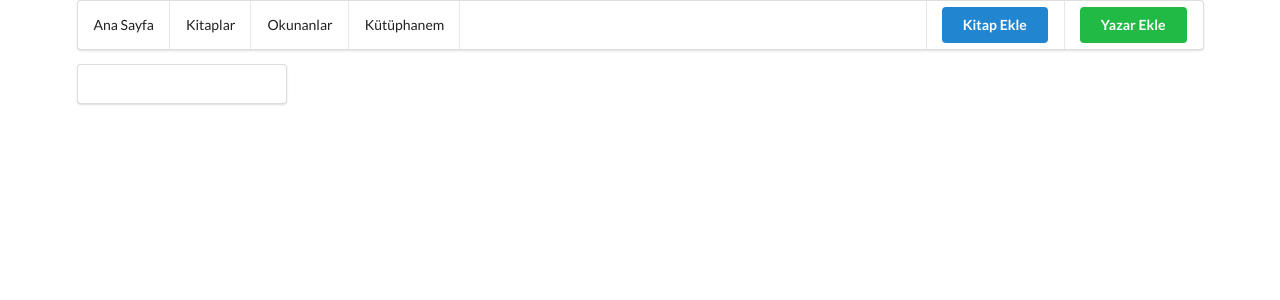
Repository: rizacantire/libraryReactApp
Page: /
These files come from the project's save history. The page is drawn as it stood at one moment and after the next save; the edit follows.
The browser window is 1280 px wide. The pictures show the whole page.
The page's requests for data from a server got no answer. The project was rebuilt for these pictures with package versions that can differ from the ones it lists, and the page was loaded fresh each time. No one was signed in, and anything a server would have sent is missing.

Above is the page before, as saved 2021-08-17 23:12:31.

After the next save:
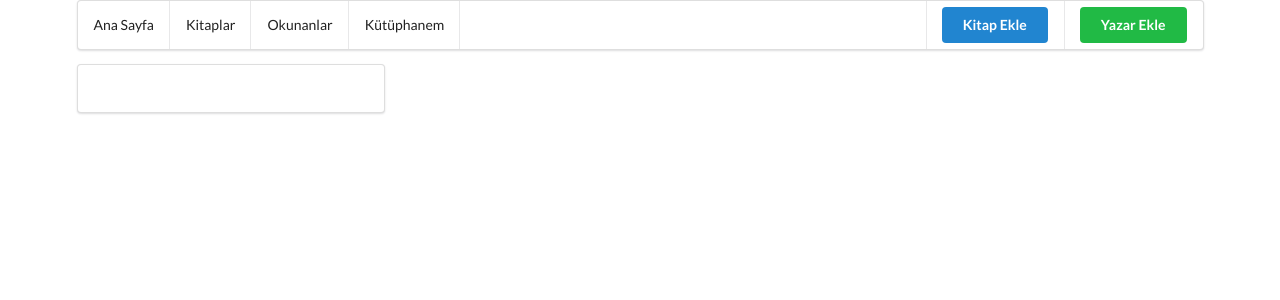
Saved 10 s later.
--- a/src/pages/CategoryList.jsx
+++ b/src/pages/CategoryList.jsx
@@ -13,7 +13,7 @@
   }, []);
   return (
     <div>
-      <Menu vertical size="" stackable>
+      <Menu vertical size="huge" stackable>
         {categories.map((category) => (
           <Menu.Item key={category.categoryId}>
             <Link to={`/bookCategory/${category.categoryId}`}>
